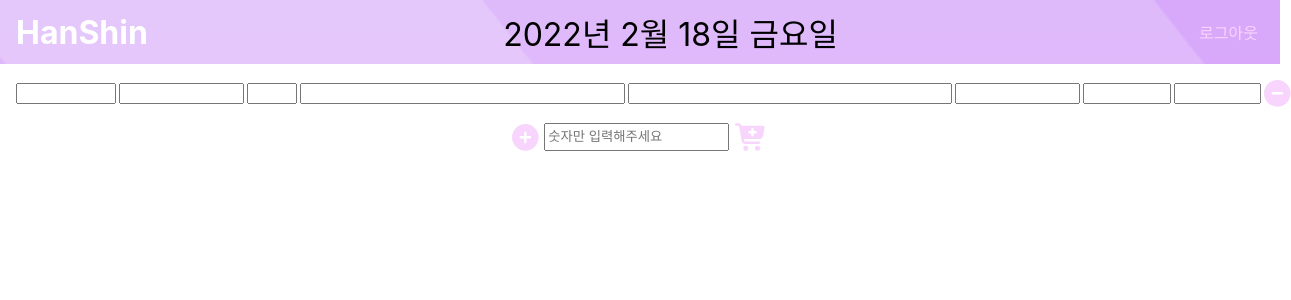
Repository: SeungYn/hanshinClient
Page: /add
An editor plug-in stored every save of this project. The page is shown before and after the next save, followed by the edit.
The browser window is 1280 px wide. The page is 1291 px wide, then 1283 px, so the pictures cover 1291 px, including what lies to the right of the window. The pictures show the whole page.
The project was rebuilt for these pictures with package versions that can differ from the ones it lists, and the page was loaded fresh each time. Also part of the build but not shown: src/App.css, src/components/item/item.jsx, src/components/package/package.module.css, src/components/package/package.jsx.

Above is the page before, as saved 2022-02-20 12:38:46.

After the next save:
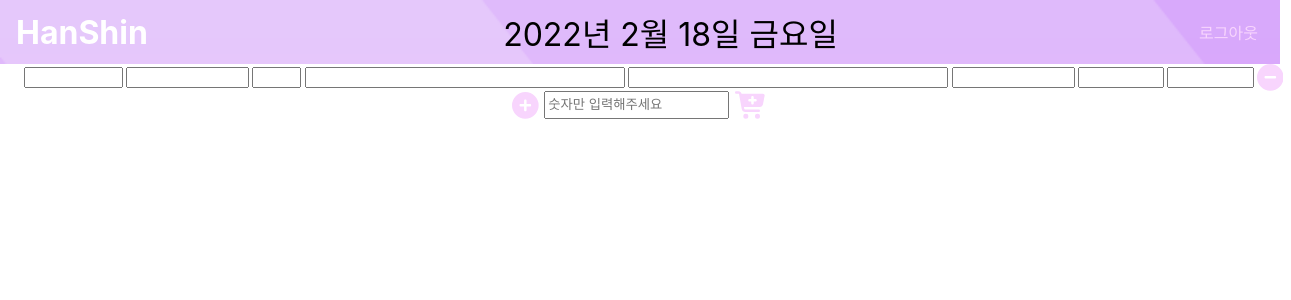
Saved 2 min 43 s later.
--- a/src/addboxs/addBoxs.module.css
+++ b/src/addboxs/addBoxs.module.css
@@ -14,6 +14,7 @@ input:focus {
   width: 100%;
   height: 100%;
   padding: 1rem;
+  padding: 0 1.5rem;
 }
 /* 8% 10% 5% 27% 27% 8% 7% 7%; */
 .items {
